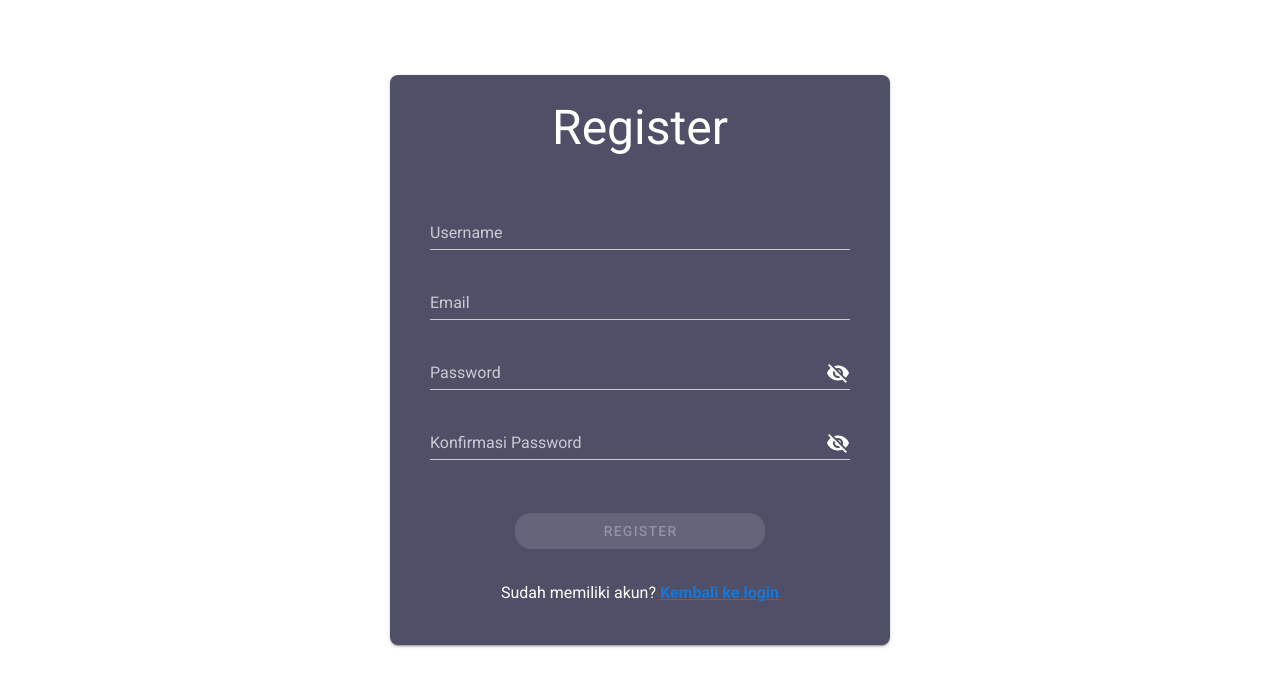
Repository: wildanpurnomo/kulia-fe
Page: /register
The author's editor kept a copy of each file at every save. The page is drawn from the files as they stood at one save, then again after the next save.
The browser window is 1280 px wide. The pictures show the whole page.
The page's requests for data from a server got no answer. The project was rebuilt for these pictures with package versions that can differ from the ones it lists, and the page was loaded fresh each time. No one was signed in, and anything a server would have sent is missing. Also part of the build but not shown: vue.config.js. Imported but missing from the stored project, and not drawn on this page: src/views/partials/main/MyProfile.vue.

Above is the page before, as saved 2020-11-27 22:54:59.

### src/router/index.js
import Vue from 'vue'
import VueRouter from 'vue-router'
import { landingRouter } from './landing.router'
import { authRouter } from './auth.router'
import { mainRouter } from './main.router'
import { fallbackRouter } from './404.router'

Vue.use(VueRouter)

const routes = [
  landingRouter,
  authRouter,
  mainRouter,
  fallbackRouter
]

const router = new VueRouter({
  mode: 'history',
  base: process.env.BASE_URL,
  routes
})

export default router

### src/store/index.js
import Vue from 'vue'
import Vuex from 'vuex'
import { auth } from './auth.store'
import { content } from './content.store'

Vue.use(Vuex)

export default new Vuex.Store({
  modules: {
    auth,
    content,
  }
})

### src/router/landing.router.js
export const landingRouter = {
    path: '/',
    name: 'Landing',
    component: () => import('@/views/Landing.vue')
}

### src/router/auth.router.js
export const authRouter = {
    path: '',
    component: () => import('@/views/Auth.vue'),
    children: [
        {
            path: '/login',
            name: 'Login',
            component: () => import('@/views/partials/auth/Login.vue')
        },
        {
            path: '/register',
            name: 'Register',
            component: () => import('@/views/partials/auth/Register.vue')
        }
    ]
}

### src/router/main.router.js
export const mainRouter = {
    path: '',
    component: () => import('@/views/Main.vue'),
    children:[
        {
            path: '/home',
            name: 'Home',
            component: () => import('@/views/partials/main/Home.vue')
        },
        {
            path:'/my-content',
            name: 'MyContent',
            component: () => import('@/views/partials/main/MyContent.vue')
        },
        {
            path:'/add-content',
            name: 'AddContent',
            component: () => import('@/views/partials/main/AddContent.vue')
        },
        {
            path:'/edit-content/:contentId',
            name: 'EditContent',
            component: () => import('@/views/partials/main/AddContent.vue')
        },
        {
            path:'/my-profile',
            name: 'MyProfile',
            component: () => import('@/views/partials/main/MyProfile.vue')
        },
        {
            path:'/my-following',
            name: 'MyFollowing',
            component: () => import('@/views/partials/main/MyFollowing.vue')
        }
    ]
}

### src/router/404.router.js
export const fallbackRouter = {
    path: '*',
    name: 'Fallback',
    component: () => import('@/views/404.vue')
}

### src/store/auth.store.js
import AuthService from '@/services/auth.service';
import UserModel from '@/models/user.model';

const initialAuthState = { userData: new UserModel() };

export const auth = {
    namespaced: true,
    state: initialAuthState,
    actions: {
        login({ commit }, userData) {
            return AuthService.login(userData)
                .then(
                    response => {
                        commit('authSuccess', response.data.data);
                        return Promise.resolve(response);
                    },
                    error => {
                        return Promise.reject(error);
                    }
                )
        },
        register({ commit }, userData) {
            return AuthService.register(userData)
                .then(
                    response => {
                        commit('authSuccess', response.data.data);
                        return Promise.resolve(response);
                    },
                    error => {
                        return Promise.reject(error);
                    }
                )
        },
        logout({ commit }) {
            return AuthService.logout()
                .then(
                    response => {
                        commit('logoutSuccess');
                        return Promise.resolve(response);
                    },
                    error => {
                        return Promise.reject(error);
                    }
                );
        },
        authenticate({ commit }) {
            return AuthService.authenticate()
                .then(
                    response => {
                        commit('authSuccess', response.data.data);
                        return Promise.resolve(response);
                    },
                    error => { return Promise.reject(error); }
                )
        },
    },
    mutations: {
        authSuccess(state, userData) {
            state.userData = userData;
        },
        logoutSuccess(state) {
            state.userData = initialAuthState.userData;
        },
    },
    getters: {
        userData: (state) => {
            return state.userData;
        }
    }
}

### src/store/content.store.js
import ContentService from '@/services/content.service';
import ContentModel from '@/models/content.model';

const initialContentState = {
    personalContentList: [],
    detailContent: new ContentModel()
};

export const content = {
    namespaced: true,
    state: initialContentState,
    actions: {
        getContentById({ commit }, contentId) {
            return ContentService.getContentById(contentId)
                .then(
                    response => {
                        commit('updateDetailContent', response.data.data);
                        return Promise.resolve(response);
                    },
                    error => {
                        return Promise.reject(error);
                    }
                )
        },
        getPersonalContent({ commit }) {
            return ContentService.getPersonalContent()
                .then(
                    response => {
                        commit('updatePersonalContentList', response.data.data);
                        return Promise.resolve(response);
                    },
                    error => {
                        return Promise.reject(error);
                    }
                );
        },
        getContentByCreatorId({ commit }, creatorId) {
            return ContentService.getContentByCreatorId(creatorId)
                .then(
                    response => {
                        commit('doNothing');
                        return Promise.resolve(response);
                    },
                    error => {
                        return Promise.reject(error);
                    }
                );
        },
        createContent({ commit }, contentData) {
            return ContentService.createContent(contentData)
                .then(
                    response => {
                        commit('updatePersonalContentList', response.data.data);
                        return Promise.resolve(response);
                    },
                    error => {
                        return Promise.reject(error);
                    }
                );
        },
        editContent({ commit }, contentData) {
            return ContentService.editContent(contentData)
                .then(
                    response => {
                        commit('updatePersonalContentList', response.data.data);
                        return Promise.resolve(response);
                    },
                    error => {
                        return Promise.reject(error);
                    }
                );
        },
        deleteContent({ commit }, contentId) {
            return ContentService.deleteContent(contentId)
                .then(
                    response => {
                        commit('updatePersonalContentList', response.data.data);
                        return Promise.resolve(response);
                    },
                    error => {
                        return Promise.reject(error);
                    }
                );
        },
        resetState({ commit }) {
            commit('resetState');
        }
    },
    mutations: {
        updateDetailContent(state, contentData) {
            state.detailContent = contentData;
        },
        updatePersonalContentList(state, contentList) {
            state.personalContentList = contentList;
        },
        resetState(state) {
            state.personalContentList = [],
            state.detailContent = new ContentModel()
        },
        doNothing() { }
    },
    getters: {
        personalContentList: (state) => {
            return state.personalContentList;
        },
        detailContent: (state) => {
            return state.detailContent;
        }
    }
}

### src/views/Auth.vue
<template>
  <router-view></router-view>
</template>
<script>
export default {
  name: "Auth",
  methods: {
    async authenticate() {
      try {
        let response = await this.$store.dispatch("auth/authenticate");
        if (response.status === 200) {
          this.$router.push({ name: "Home" });
        }
      } catch (error) {
        this.logout();
      }
    },
    async logout() {
      await this.$store.dispatch("auth/logout");
    },
  },
  created() {
    this.authenticate();
  },
};
</script>

### src/views/partials/auth/Register.vue
<template>
  <v-container fill-height>
    <v-row>
      <v-col cols="12">
        <v-row justify="center">
          <v-card class="pa-10 rounded-lg" width="500" :color="colorTheme">
            <v-row justify="center">
              <div
                class="mb-15 text-h3 white--text"
              >
                Register
              </div>
            </v-row>
            <v-form ref="registerForm" v-model="isFormValid">
              <v-text-field
                v-model="user.username"
                :rules="this.usernameRules"
                label="Username"
                type="text"
                required
                dark
              ></v-text-field>
              <v-text-field
                v-model="user.email"
                :rules="this.emailRules"
                label="Email"
                type="email"
                required
                dark
              ></v-text-field>
              <v-text-field
                v-model="user.password"
                :rules="this.passwordRules"
                label="Password"
                :append-icon="isPasswordShown ? 'mdi-eye' : 'mdi-eye-off'"
                :type="isPasswordShown ? 'text' : 'password'"
                @click:append="isPasswordShown = !isPasswordShown"
                required
                dark
              ></v-text-field>
              <v-text-field
                v-model="user.passwordConfirmation"
                label="Konfirmasi Password"
                :append-icon="isPasswordShown ? 'mdi-eye' : 'mdi-eye-off'"
                :type="isPasswordShown ? 'text' : 'password'"
                required
                dark
                :rules="passwordConfirmationRules"
                @click:append="isPasswordShown = !isPasswordShown"
              ></v-text-field>
              <div class="text-center ma-8">
                <v-btn
                  type="submit"
                  class="white--text red accent-2 rounded-xl"
                  width="70%"
                  :disabled="!isFormValid || isFormLoading"
                  :loading="isFormLoading"
                  @click.prevent="register"
                  dark
                  >Register</v-btn
                >
              </div>
              <div class="text-center white--text">
                Sudah memiliki akun?
                <router-link :to="{ name: 'Login' }"
                  ><b>Kembali ke login</b></router-link
                >
              </div>
              <div class="h6 red--text" :hidden="errorMessage.length === 0">
                {{ errorMessage }}
              </div>
            </v-form>
          </v-card>
        </v-row>
      </v-col>
    </v-row>
  </v-container>
</template>
<script>
import formInputMixin from "@/mixins/form.mixin";
import errorMixin from "@/mixins/error.mixin";
import UserModel from "@/models/user.model";

export default {
  name: "Register",
  data: () => ({
    user: new UserModel(),
    errorMessage: "",
    passwordConfirmation: "",
    isPasswordShown: false,
    colorTheme: "#4F4F68",
  }),
  computed: {
    passwordConfirmationRules() {
      return [
        (v) =>
          (!!v && v) === this.user.password || "Masukkan password yang sama.",
      ];
    },
  },
  methods: {
    async register() {
      this.isFormLoading = true;
      try {
        let response = await this.$store.dispatch("auth/register", this.user);
        if (response.status === 200) {
          this.isFormLoading = false;
          this.errorMessage = "";
          this.$router.push({ name: "Home" });
        }
      } catch (error) {
        this.isFormLoading = false;
        this.errorMessage = this.getErrorMessage(error);
      }
    },
  },
  mixins: [formInputMixin, errorMixin],
};
</script>

### src/services/auth.service.js
import BaseService from './base.service';

class AuthService extends BaseService {
    constructor() {
        super();
    }

    login(userData) {
        return this.sendAPIRequest('/auth/login', 'POST', userData);
    }

    register(userData) {
        return this.sendAPIRequest('/auth/register', 'POST', userData);
    }

    logout() {
        return this.sendAPIRequest('/auth/logout', 'POST');
    }

    authenticate() {
        return this.sendAPIRequest('/auth/authenticate', 'GET');
    }
}

export default new AuthService();

### src/models/user.model.js
export default class User {
    constructor() {
        this.username = '';
        this.password = '';
        this.passwordConfirmation = '';
        this.email = '';
    }
}

### src/services/content.service.js
import BaseService from './base.service';

class ContentService extends BaseService {
    constructor() {
        super();
    }

    getContentById(contentId) {
        return this.sendAPIRequest(`/content/${contentId}`, 'GET');
    }

    getPersonalContent() {
        return this.sendAPIRequest('/content/personal/me', 'GET');
    }

    getContentByCreatorId(creatorId) {
        return this.sendAPIRequest(`/content/by_creator/${creatorId}`, 'GET');
    }

    createContent(contentData) {
        return this.sendAPIRequest('/content', 'POST', contentData);
    }

    editContent(contentData) {
        return this.sendAPIRequest(`/content/edit/${contentData._id}`, 'PUT', contentData);
    }

    deleteContent(contentId) {
        return this.sendAPIRequest(`/content/delete/${contentId}`, 'DELETE');
    }
}

export default new ContentService();

### src/models/content.model.js
export default class ContentModel {
    constructor(title = '', description = '') {
        this.title = title;
        this.description = description;
    }
}

### src/mixins/form.mixin.js
export default {
    data: () => ({
        usernameRules: [
            v => !!v || "Mohon masukkan username",
            v => (v || "").length >= 6 || "Minimal 6 karakter"
        ],
        emailRules: [
            v => !!v || "Mohon masukkan email",
            v => /.+@.+/.test(v) || "Alamat email tidak valid",
        ],
        passwordRules: [
            v => (v || "").length >= 8 || "Minimal 8 karakter",
            v =>
                /(?=.*[a-z])/.test(v) || "Harus terdapat minimal satu huruf kecil",
            v =>
                /(?=.*[A-Z])/.test(v) || "Harus terdapat minimal satu huruf besar",
            v =>
                /(?=.*[0-9])/.test(v) || "Harus terdapat minimal satu digit angka"
        ],
        isFormValid: false,
        isFormLoading: false,
    })
}

### src/mixins/error.mixin.js
export default {
    methods: {
        getErrorMessage(error) {
            if (error.response) {
                return error.response.data.data.message;
            } else {
                return "Terjadi kesalahan. Silahkan coba ulang lain kali.";
            }
        }
    }
}

### src/services/base.service.js
import axios from 'axios';

export default class BaseService {
    constructor() {
        this.baseUrl = process.env.VUE_APP_API_BASE_URL;
        //this.baseUrl = 'http://localhost:3000/api';
    }

    sendAPIRequest(endpoint, method = 'GET', requestBody = null) {
        requestBody = requestBody === null ? {} : requestBody;
        let result;
        if (method === 'GET') {
            result = axios.get(`${this.baseUrl}${endpoint}`, { params: requestBody });
        } else if (method === 'POST') {
            result = axios.post(`${this.baseUrl}${endpoint}`, requestBody);
        } else if (method === 'PUT') {
            result = axios.put(`${this.baseUrl}${endpoint}`, requestBody);
        } else if (method === 'DELETE') {
            result = axios.delete(`${this.baseUrl}${endpoint}`, requestBody);
        }
        return result
            .then(
                response => {
                    this.logResponseIfDebug(endpoint, response.data);
                    return response;
                }
            );
    }

    logResponseIfDebug(endpoint, responseData) {
        if (process.env.NODE_ENV === 'development') {
            console.log(`Response from ${endpoint}`, responseData);
        }
    }
}

Loaded but not shown: public/index.html (common file); src/main.js (common file); src/App.vue (common file); src/registerServiceWorker.js (common file); src/plugins/vuetify.js (common file)

After the next save:
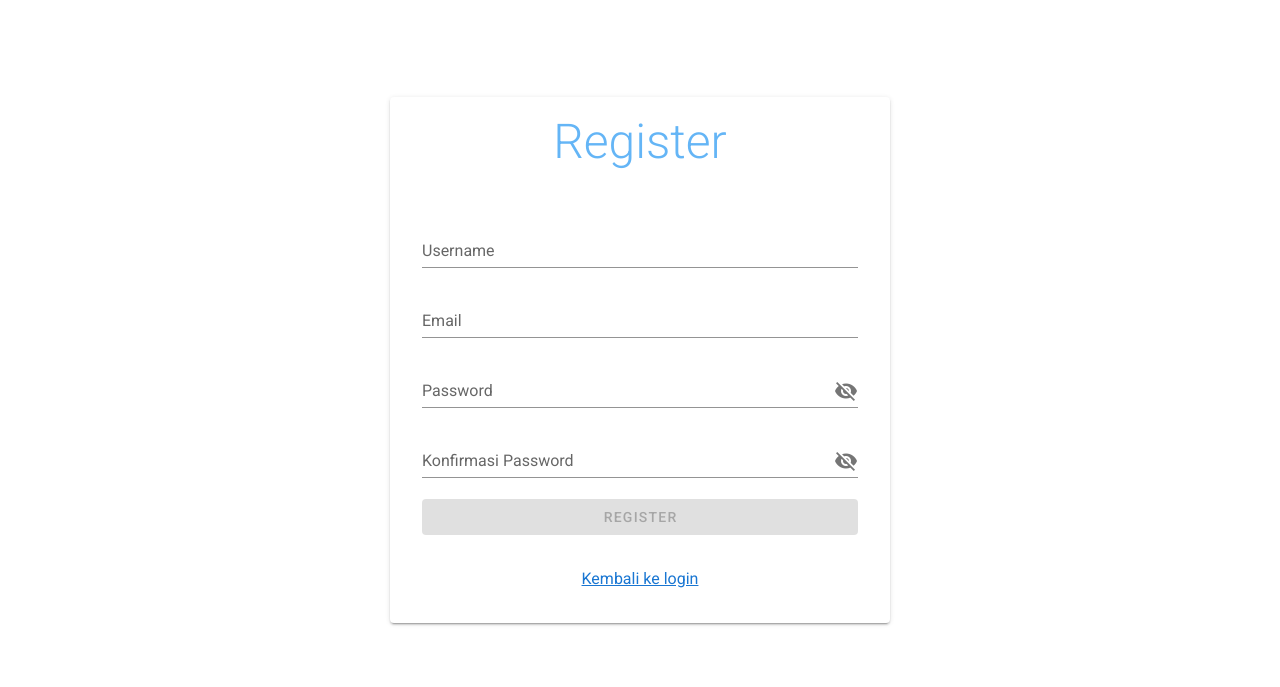
Saved 27 min 3 s later.
--- a/src/views/partials/auth/Register.vue
+++ b/src/views/partials/auth/Register.vue
@@ -3,10 +3,10 @@
     <v-row>
       <v-col cols="12">
         <v-row justify="center">
-          <v-card class="pa-10 rounded-lg" width="500" :color="colorTheme">
+          <v-card class="pa-8" width="500">
             <v-row justify="center">
               <div
-                class="mb-15 text-h3 white--text"
+                class="mb-16 text-h3 font-weight-light blue--text text--lighten-2"
               >
                 Register
               </div>
@@ -18,7 +18,6 @@
                 label="Username"
                 type="text"
                 required
-                dark
               ></v-text-field>
               <v-text-field
                 v-model="user.email"
@@ -26,7 +25,6 @@
                 label="Email"
                 type="email"
                 required
-                dark
               ></v-text-field>
               <v-text-field
                 v-model="user.password"
@@ -36,7 +34,6 @@
                 :type="isPasswordShown ? 'text' : 'password'"
                 @click:append="isPasswordShown = !isPasswordShown"
                 required
-                dark
               ></v-text-field>
               <v-text-field
                 v-model="user.passwordConfirmation"
@@ -44,26 +41,23 @@
                 :append-icon="isPasswordShown ? 'mdi-eye' : 'mdi-eye-off'"
                 :type="isPasswordShown ? 'text' : 'password'"
                 required
-                dark
                 :rules="passwordConfirmationRules"
                 @click:append="isPasswordShown = !isPasswordShown"
               ></v-text-field>
-              <div class="text-center ma-8">
+              <div class="text-center mb-8">
                 <v-btn
                   type="submit"
-                  class="white--text red accent-2 rounded-xl"
-                  width="70%"
+                  class="primary"
+                  width="100%"
                   :disabled="!isFormValid || isFormLoading"
                   :loading="isFormLoading"
                   @click.prevent="register"
-                  dark
                   >Register</v-btn
                 >
               </div>
-              <div class="text-center white--text">
-                Sudah memiliki akun?
+              <div class="text-center">
                 <router-link :to="{ name: 'Login' }"
-                  ><b>Kembali ke login</b></router-link
+                  >Kembali ke login</router-link
                 >
               </div>
               <div class="h6 red--text" :hidden="errorMessage.length === 0">
@@ -88,7 +82,6 @@
     errorMessage: "",
     passwordConfirmation: "",
     isPasswordShown: false,
-    colorTheme: "#4F4F68",
   }),
   computed: {
     passwordConfirmationRules() {
